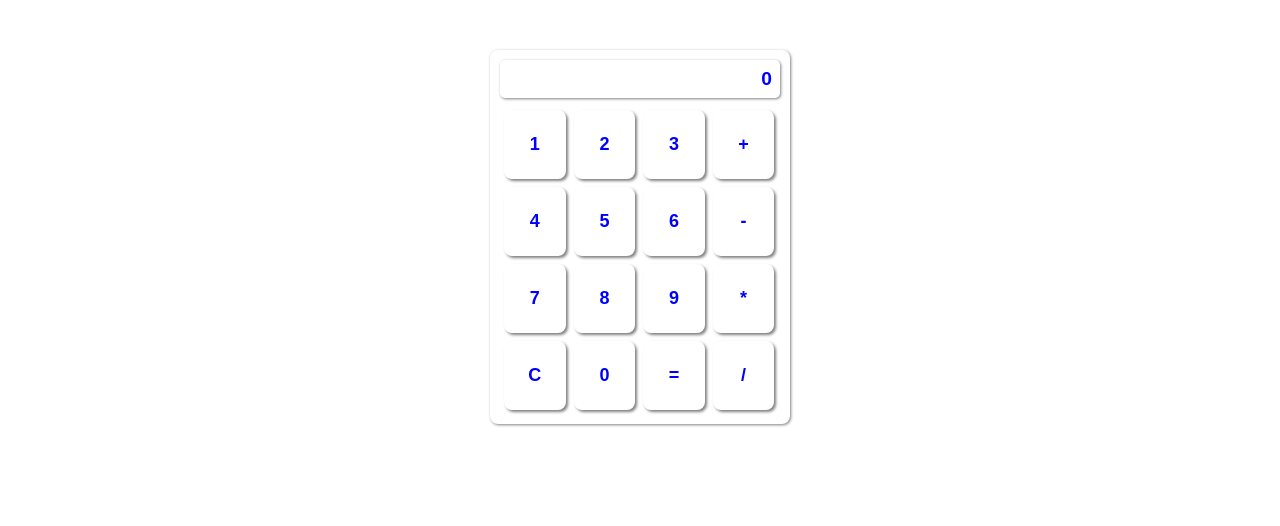
Repository: qudos4real/calculator
Page: /
These files come from the project's save history. The page is drawn as it stood at one moment and after a run of saves; the edit follows.
The browser window is 1280 px wide. The pictures show the whole page.
The project was rebuilt for these pictures with package versions that can differ from the ones it lists, and the page was loaded fresh each time.

Above is the page before, as saved 2022-10-09 14:37:31.

### src/index.css
body {
  margin: 0;
  font-family: -apple-system, BlinkMacSystemFont, 'Segoe UI', 'Roboto', 'Oxygen',
    'Ubuntu', 'Cantarell', 'Fira Sans', 'Droid Sans', 'Helvetica Neue',
    sans-serif;
  -webkit-font-smoothing: antialiased;
  -moz-osx-font-smoothing: grayscale;
}

code {
  font-family: source-code-pro, Menlo, Monaco, Consolas, 'Courier New',
    monospace;
}
   border: 10px solid black;

### src/App.js
import Buttons from "./components/Calculator";




function App() {
  return (
    <>
         <Buttons />
    </>
  );
}

export default App;

### src/components/Calculator.js
import React from "react";
import "./Calculator.css";
import { useState } from "react";

const numbers = [
  [1, 2, 3, "+"],
  [4, 5, 6, "-"],
  [7, 8, 9, "*"],
  ["C", 0, "=", "/"],
];

function Buttons() {
  const [val, setVal] = useState(0);

  const clearVal = () => {
    try {
      setVal(val.slice(0, -1));
    } catch (error) {
      setVal("");
    }
  };

  const equalTo = () => {
    try {
      setVal(eval(val));
    } catch (error) {
      setVal("Error");
    }
  };

  return (
    <div className="buttonWrapper">
      <input type="text" className="screen" value={val} onChange={(e) => setVal(e.target.value)} /> <br />
      {numbers.flat().map((num) => (
        <button
          className="num"
          key={num}
          value={num}
          onClick={
            num === "C"
              ? (e) => clearVal()
              : num === "="
              ? () => equalTo()
              : (e) => setVal(val + e.target.value)
          }
        >
          {num}
        </button>
      ))}
    </div>
  );
}

export default Buttons;

### src/components/Calculator.css
* {
    box-sizing: border-box;
}
.buttonWrapper {
    width: 300px;
    padding: 10px;
    margin: 50px auto;
    background-color: white;
    box-shadow: 1px 1px 3px grey;
    border-radius: 0.5rem;
}
.num {
    width: 22%;
    font-size: large;
    padding: 1.5rem 0.5rem;
    margin: 0.25rem;
    border: none;
    box-shadow: 2px 2px 3px grey;
    border-radius: 0.5rem;
    background-color: white;
    transition-duration: 0.3s;
    color: blue;
    font-weight: 600;
}
.num:hover {
    background-color: blue;
    color: white;
    cursor: pointer;
}
.screen {
    width: 100%;
    margin-bottom: 0.5rem;
    text-align: end;
    border: none;
    border-radius: 0.3rem;
    box-shadow: 1px 1px 3px grey;
    color: blue;
    padding: 0.5rem;
    font-size: larger;
    font-weight: 600;
}
.screen:focus-visible {
    border: none;
}

### src/components/Title.js
import React from 'react'

export default function Title() {
    return (
        <div>
            <h1>A calculator built using ReactJS</h1>
        </div>
    )
}

Loaded but not shown: public/index.html (common file); src/index.js (common file)

After the next 2 saves:
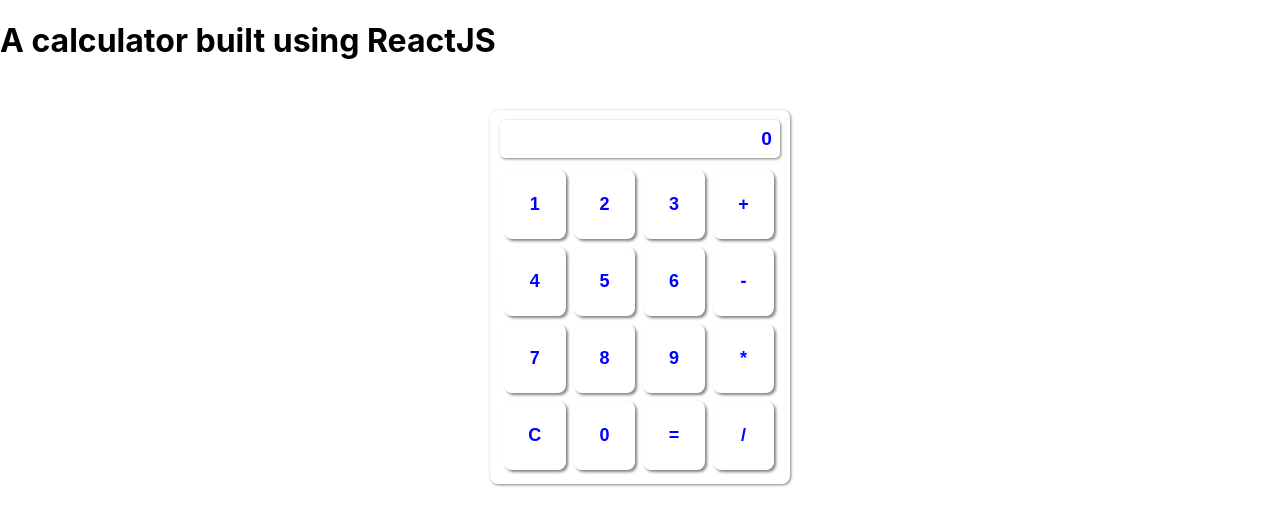
The 2 saves are shown as one change because 1 did not build or start.
The last was saved 2 min 12 s later.
--- a/src/components/Calculator.js
+++ b/src/components/Calculator.js
@@ -1,6 +1,7 @@
 import React from "react";
 import "./Calculator.css";
 import { useState } from "react";
+import Title from "./Title";
 
 const numbers = [
   [1, 2, 3, "+"],
@@ -29,6 +30,8 @@ function Buttons() {
   };
 
   return (
+    <>
+    <Title />
     <div className="buttonWrapper">
       <input type="text" className="screen" value={val} onChange={(e) => setVal(e.target.value)} /> <br />
       {numbers.flat().map((num) => (
@@ -48,6 +51,7 @@ function Buttons() {
         </button>
       ))}
     </div>
+    </>
   );
 }
 
